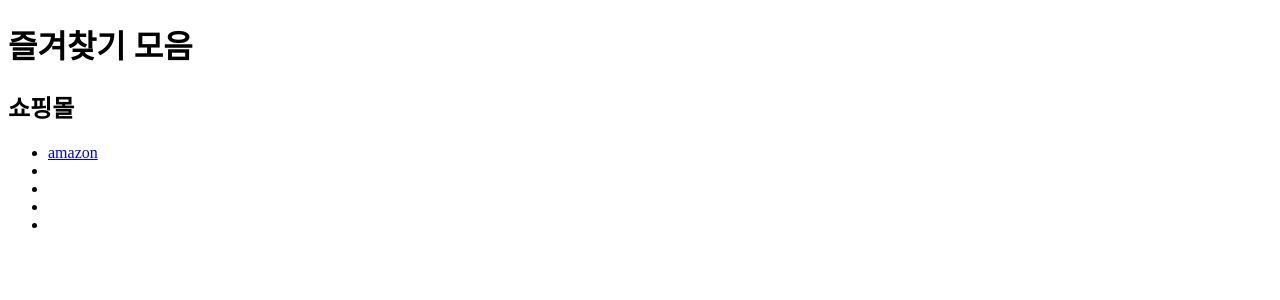
Repository: Hswwwww/WEB
Page: ClientTest/src/main/webapp/html/Q007.html
The author's editor kept a copy of each file at every save. The page is drawn from the files as they stood at one save, then again after the next save.
The browser window is 1280 px wide. The pictures show the whole page.

Above is the page before, as saved 2024-03-13 07:29:44.

### ClientTest/src/main/webapp/html/Q007.html
<!DOCTYPE html>
<html>
<head>
<meta charset="UTF-8">
<title>Insert title here</title>
</head>
<body>

	<h1>즐겨찾기 모음</h1>

	<h2>쇼핑몰</h2>
	<ul>
		<li><a href = "http://www.amazon.com"> amazon</a></li>
		<li></li>
		<li></li>
		<li></li>
		<li></li>
	</ul>



</body>
</html>

After the next save:
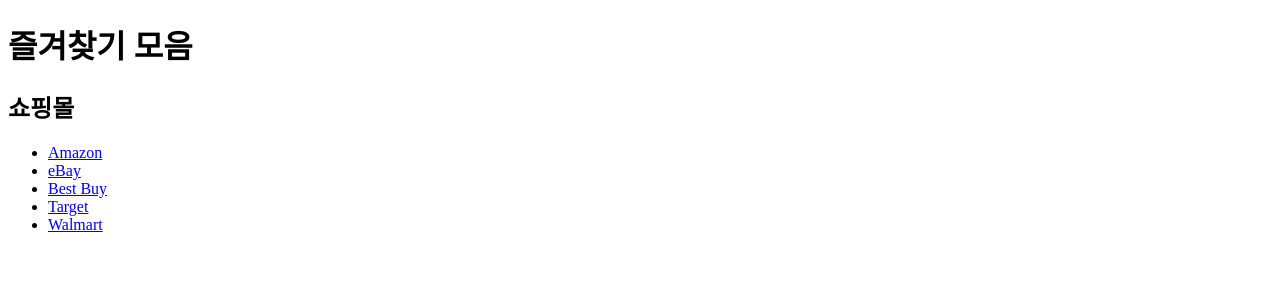
Saved 108 s later.
--- a/ClientTest/src/main/webapp/html/Q007.html
+++ b/ClientTest/src/main/webapp/html/Q007.html
@@ -10,11 +10,11 @@
 
 	<h2>쇼핑몰</h2>
 	<ul>
-		<li><a href = "http://www.amazon.com"> amazon</a></li>
-		<li></li>
-		<li></li>
-		<li></li>
-		<li></li>
+		<li><a href = "http://www.amazon.com" target="_blank"  > Amazon</a></li>
+		<li><a href = "http://www.ebay.com"> eBay</a></li>
+		<li><a href = "http://www.bestbuy.com"> Best Buy</a></li>
+		<li><a href = "http://www.target.com"> Target</a></li>
+		<li><a href = "http://www.walmart.com"> Walmart</a></li>
 	</ul>
 
 
